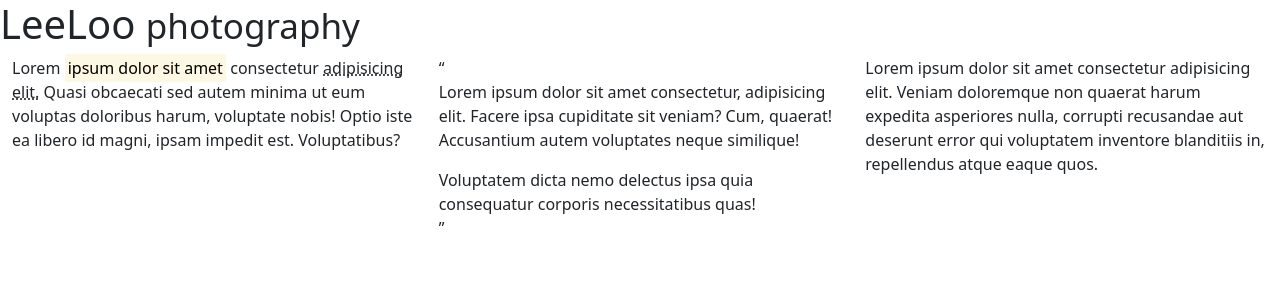
Repository: Zyzik-33/bootstrap-test
Page: index.html
These files come from the project's save history. The page is drawn as it stood at one moment and after the next save; the edit follows.
The browser window is 1280 px wide. The pictures show the whole page.

Above is the page before, as saved 2021-01-27 14:44:59.

### index.html
<!DOCTYPE html>
<html lang="en">
<head>
  <title>LeeLoo</title>
  <meta charset="UTF-8">
  <meta name="viewport" content="width=device-width, initial-scale=1.0">
  <link href="https://cdn.jsdelivr.net/npm/bootstrap@5.0.0-beta1/dist/css/bootstrap.min.css" rel="stylesheet" integrity="sha384-giJF6kkoqNQ00vy+HMDP7azOuL0xtbfIcaT9wjKHr8RbDVddVHyTfAAsrekwKmP1" crossorigin="anonymous">
  <script src="https://ajax.googleapis.com/ajax/libs/jquery/3.5.1/jquery.min.js"></script>
  <script src="https://cdn.jsdelivr.net/npm/bootstrap@5.0.0-beta1/dist/js/bootstrap.bundle.min.js" integrity="sha384-ygbV9kiqUc6oa4msXn9868pTtWMgiQaeYH7/t7LECLbyPA2x65Kgf80OJFdroafW" crossorigin="anonymous"></script>
</head>
<body>
  <h1>LeeLoo <small>photography</small> </h1>
  <div class="container-fluid">

    <div class="row">
      <div class="col-lg-4">Lorem <mark>ipsum dolor sit amet</mark> consectetur <abbr title="Explanation">adipisicing elit.</abbr> Quasi obcaecati sed autem minima ut eum voluptas doloribus harum, voluptate nobis! Optio iste ea libero id magni, ipsam impedit est. Voluptatibus?</div>
      <div class="col-lg-4">
        <q cite="http://developer.mozilla.org">
          <p>
            Lorem ipsum dolor sit amet consectetur, adipisicing elit. Facere ipsa cupiditate sit veniam? Cum, quaerat!
             Accusantium autem voluptates neque similique!
          </p>
          <footer>
            Voluptatem dicta nemo delectus ipsa quia consequatur corporis necessitatibus quas!
          </footer>
        </q>
      </div>
      <div class="col-lg-4">
        <blockquote class="blockquote-reverse">
          Lorem ipsum dolor sit amet consectetur adipisicing elit.
         Veniam doloremque non quaerat harum expedita asperiores nulla,
          corrupti recusandae aut deserunt error qui voluptatem inventore
           blanditiis in, repellendus atque eaque quos.
        </blockquote>
      </div>
    </div>
  </div>
</body>
</html>

After the next save:
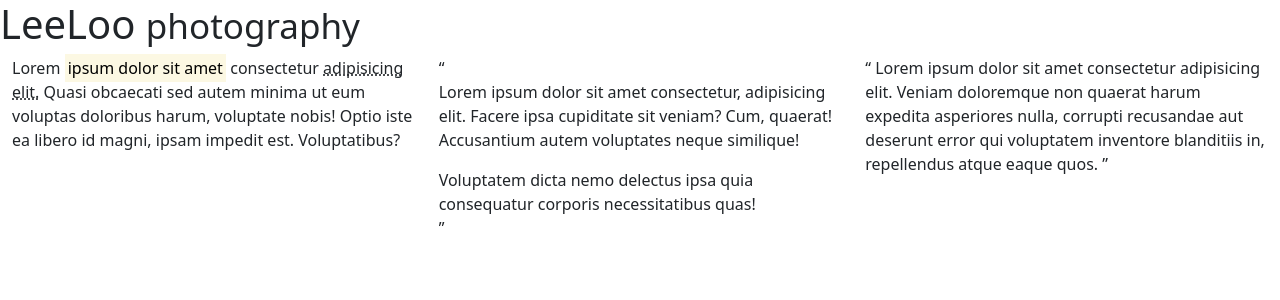
Saved 19 s later.
--- a/index.html
+++ b/index.html
@@ -26,12 +26,12 @@
         </q>
       </div>
       <div class="col-lg-4">
-        <blockquote class="blockquote-reverse">
+        <q class="blockquote-reverse">
           Lorem ipsum dolor sit amet consectetur adipisicing elit.
          Veniam doloremque non quaerat harum expedita asperiores nulla,
           corrupti recusandae aut deserunt error qui voluptatem inventore
            blanditiis in, repellendus atque eaque quos.
-        </blockquote>
+        </q>
       </div>
     </div>
   </div>

After the save that followed:
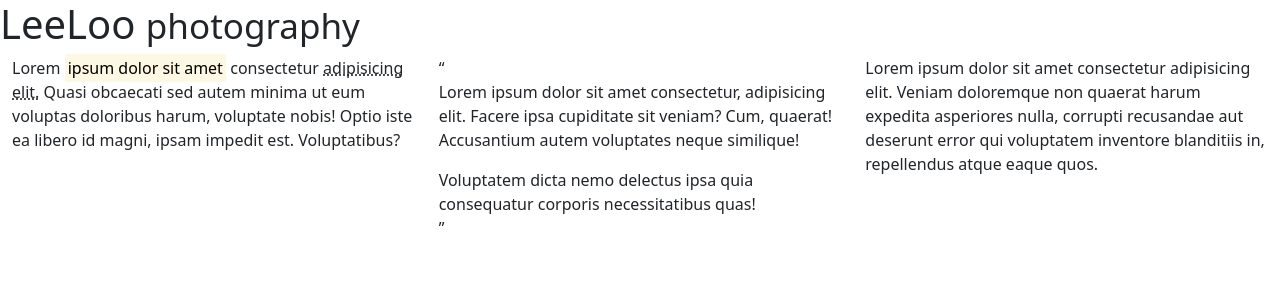
Saved 26 s later.
--- a/index.html
+++ b/index.html
@@ -26,12 +26,12 @@
         </q>
       </div>
       <div class="col-lg-4">
-        <q class="blockquote-reverse">
+        <blockquote class="blockquote-reverse">
           Lorem ipsum dolor sit amet consectetur adipisicing elit.
          Veniam doloremque non quaerat harum expedita asperiores nulla,
           corrupti recusandae aut deserunt error qui voluptatem inventore
            blanditiis in, repellendus atque eaque quos.
-        </q>
+        </blockquote>
       </div>
     </div>
   </div>
